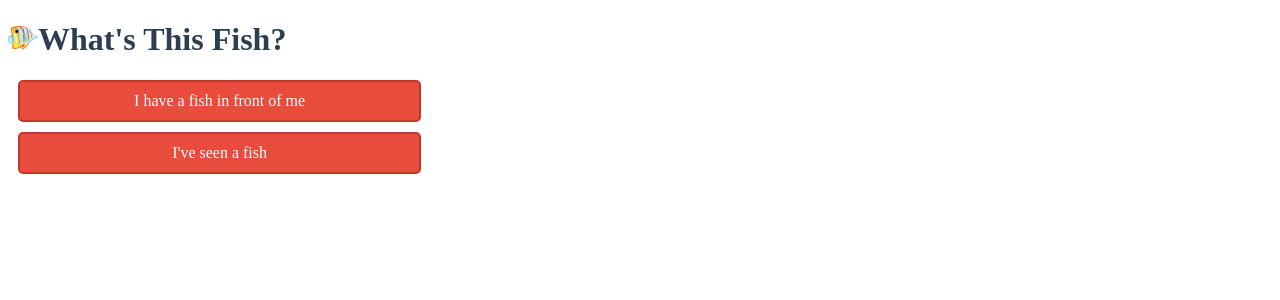
Repository: ulyfm/whatsthis.fish
Page: FishServer/externalpages/index.html
An editor plug-in stored every save of this project. The page is shown before and after the next save, followed by the edit.
The browser window is 1280 px wide. The pictures show the whole page.
Some web fonts or font styles are not loaded; a fallback is used.

Above is the page before, as saved 2017-01-04 18:12:43.

### FishServer/externalpages/index.html
<!DOCTYPE html>
<html>
	<head>
		<title>WhatsThisFish</title>
		<link rel='stylesheet' type='text/css' href='fish.css'>
		<script src='fish.js' type='text/javascript'></script>
		<link href="https://fonts.googleapis.com/css?family=Alegreya" rel="stylesheet">
	</head>
	<body>
		<h1><img src='drivingthattrainhighoncocaine.svg' id='logo'>What's This Fish?</h1>
		<a href='/havefish.html' class='c1'>I have a fish in front of me</a>
		<a href='/havefish.html' class='c1'>I've seen a fish</a>
	</body>
</html>

### FishServer/externalpages/fish.css
html{
	background: #ffffff;
	color: #2c3e50;
	font-family: 'Alegreya', serif;
}
h1 {

}
#logo {
	width: 30px;
	display: inline;
}
.c1 {
	text-decoration: none;
	background: #e74c3c;
	color: #ffffff;
	padding: 10px;
	margin: 10px;
	border: 2px solid #c0392b;
	border-radius: 5px;
	display: block;
	width: 30%;
	text-align: center;
}
.c1:active {
	background: #bd4f44;
}

Loaded but not shown: FishServer/externalpages/fish.js (no stored copy; drawn as an empty file)

After the next save:
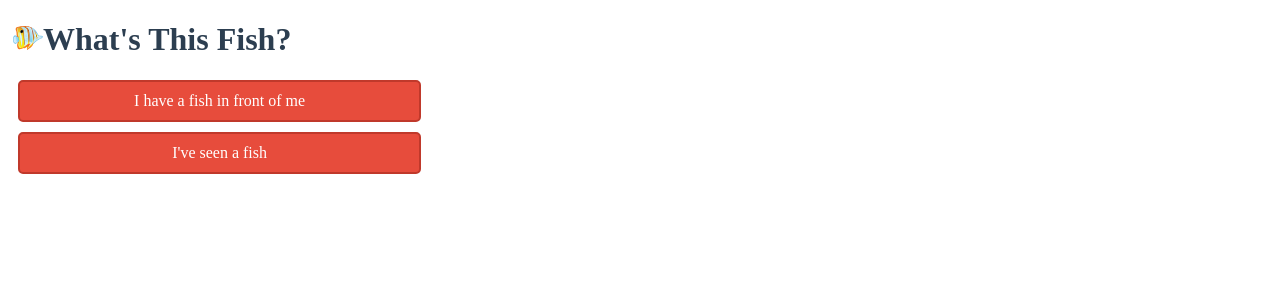
Saved 6 s later.
--- a/FishServer/externalpages/fish.css
+++ b/FishServer/externalpages/fish.css
@@ -4,7 +4,7 @@
 	font-family: 'Alegreya', serif;
 }
 h1 {
-
+	margin-left: 5px;
 }
 #logo {
 	width: 30px;

After the save that followed:
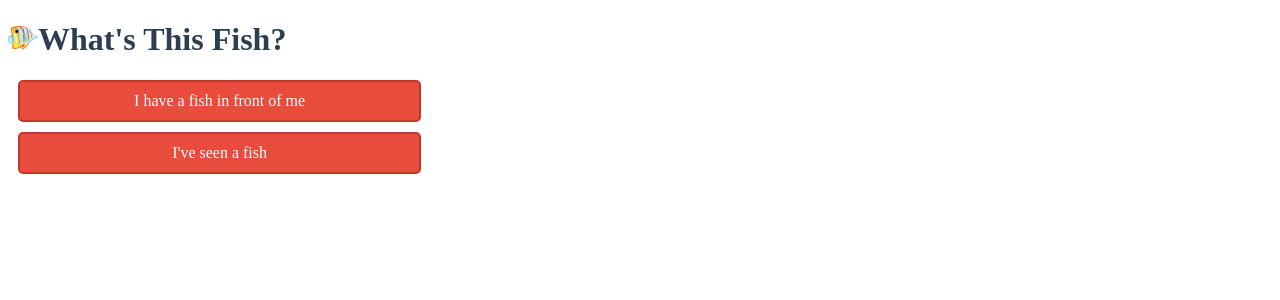
Saved 9 s later.
--- a/FishServer/externalpages/fish.css
+++ b/FishServer/externalpages/fish.css
@@ -2,9 +2,6 @@
 	background: #ffffff;
 	color: #2c3e50;
 	font-family: 'Alegreya', serif;
-}
-h1 {
-	margin-left: 5px;
 }
 #logo {
 	width: 30px;
